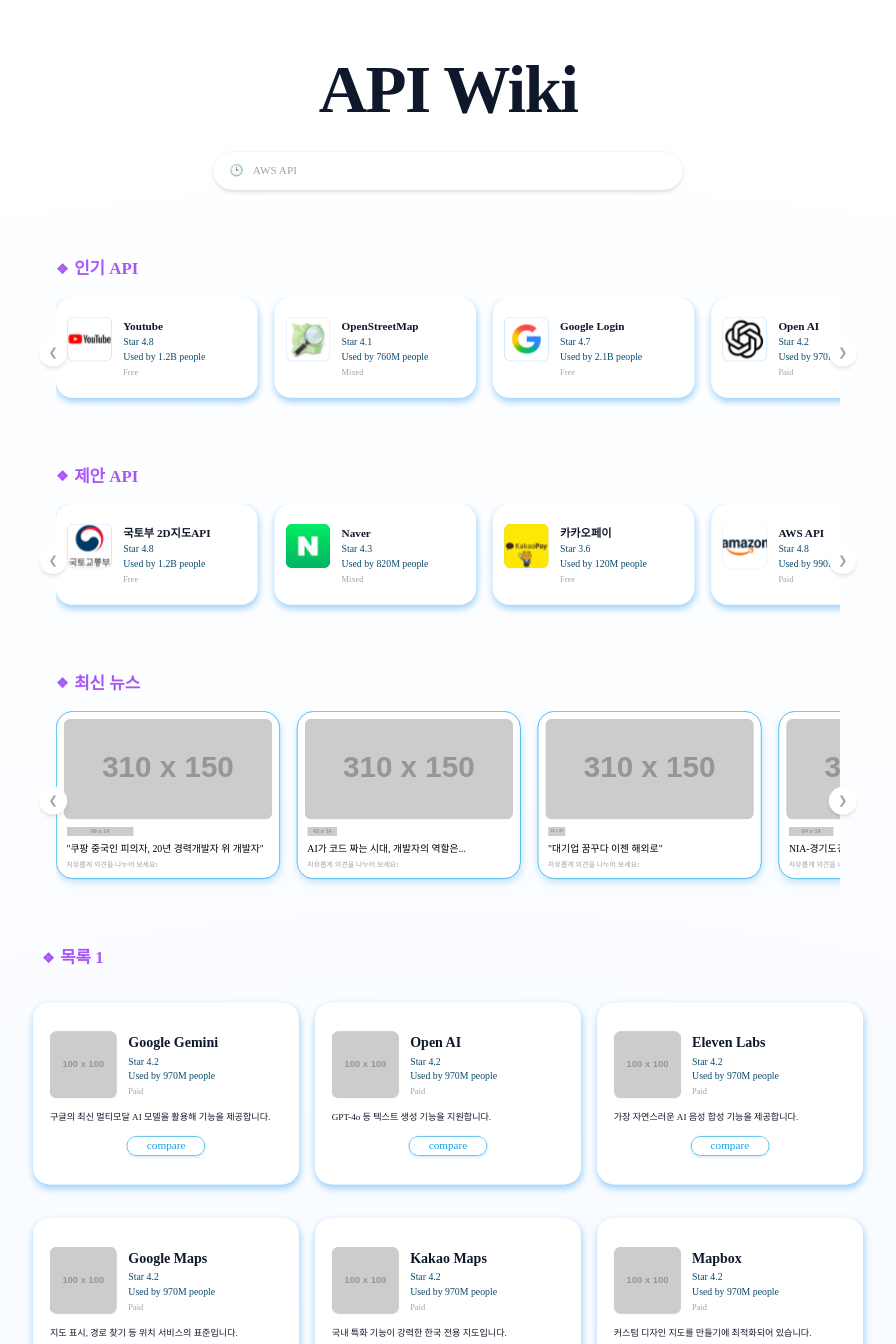
Repository: umc-apiwiki/FE_v1
Page: /
The author's editor kept a copy of each file at every save. The page is drawn from the files as they stood at one save, then again after the next save.
The browser window is 1280 px wide. The pictures show the part of the page from y = 0 to 1920 px (the page is 8511 px tall), at 70% of full size.
The project was rebuilt for these pictures with package versions that can differ from the ones it lists, and the page was loaded fresh each time. Also part of the build but not shown: vite.config.ts.

Above is the page before, as saved 2026-01-17 19:47:09.

After the next save:
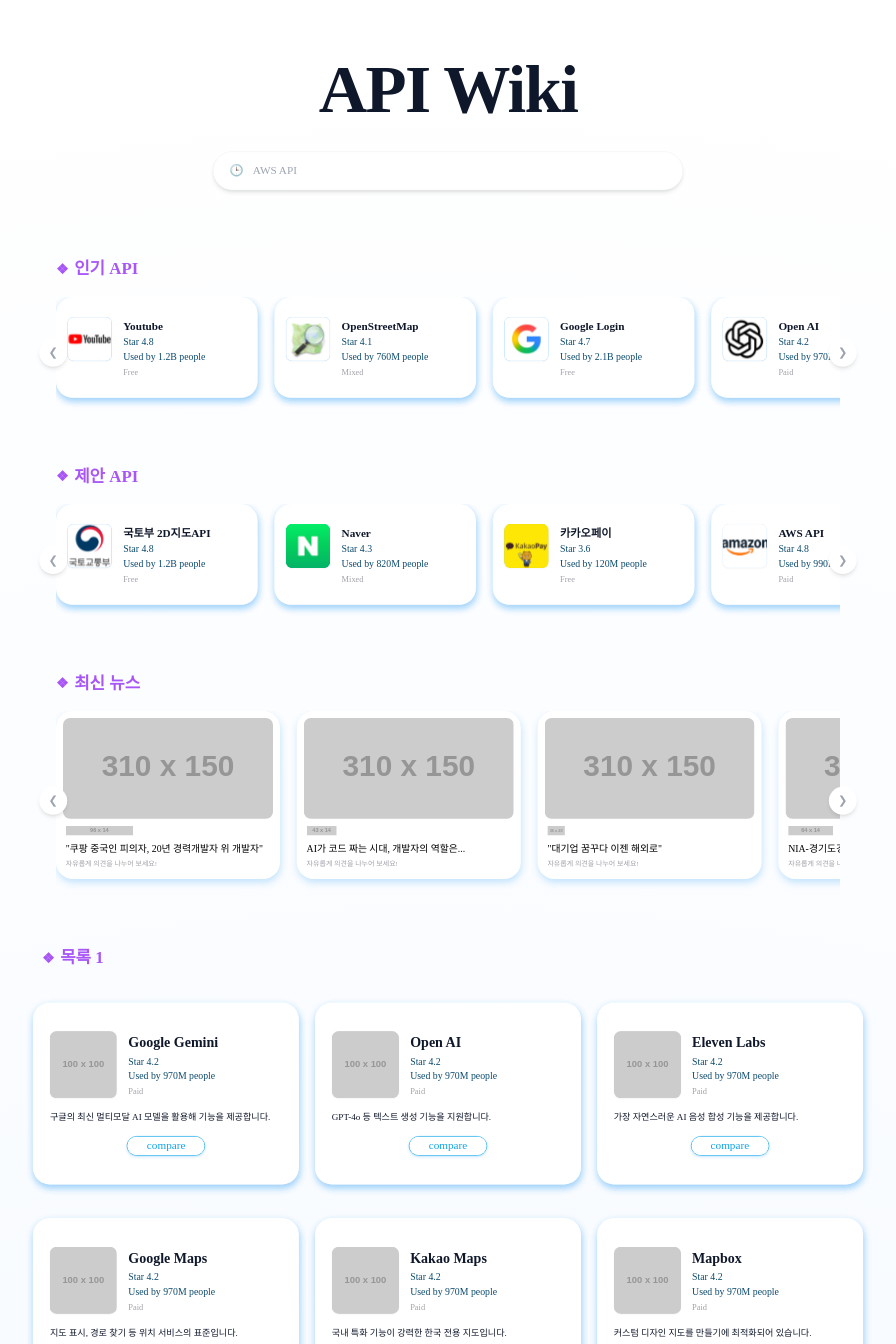
Saved 24 s later.
--- a/src/components/NewsCard.tsx
+++ b/src/components/NewsCard.tsx
@@ -11,8 +11,9 @@
 }: NewsCardProps) {
   return (
     <div className="group relative w-80 h-60 flex-shrink-0 cursor-pointer">
+      {/* 수정됨: border-[0.25px] border-sky-500 삭제 */}
       <div
-        className="w-full h-full bg-white rounded-2xl border-[0.25px] border-sky-500 shadow-[1px_5px_10px_0px_rgba(33,150,243,0.25)]
+        className="w-full h-full bg-white rounded-2xl shadow-[1px_5px_10px_0px_rgba(33,150,243,0.25)]
         transition-all duration-300 group-hover:bg-gradient-to-b group-hover:from-sky-500/10 group-hover:to-white/20 p-2.5"
       >
         <img
